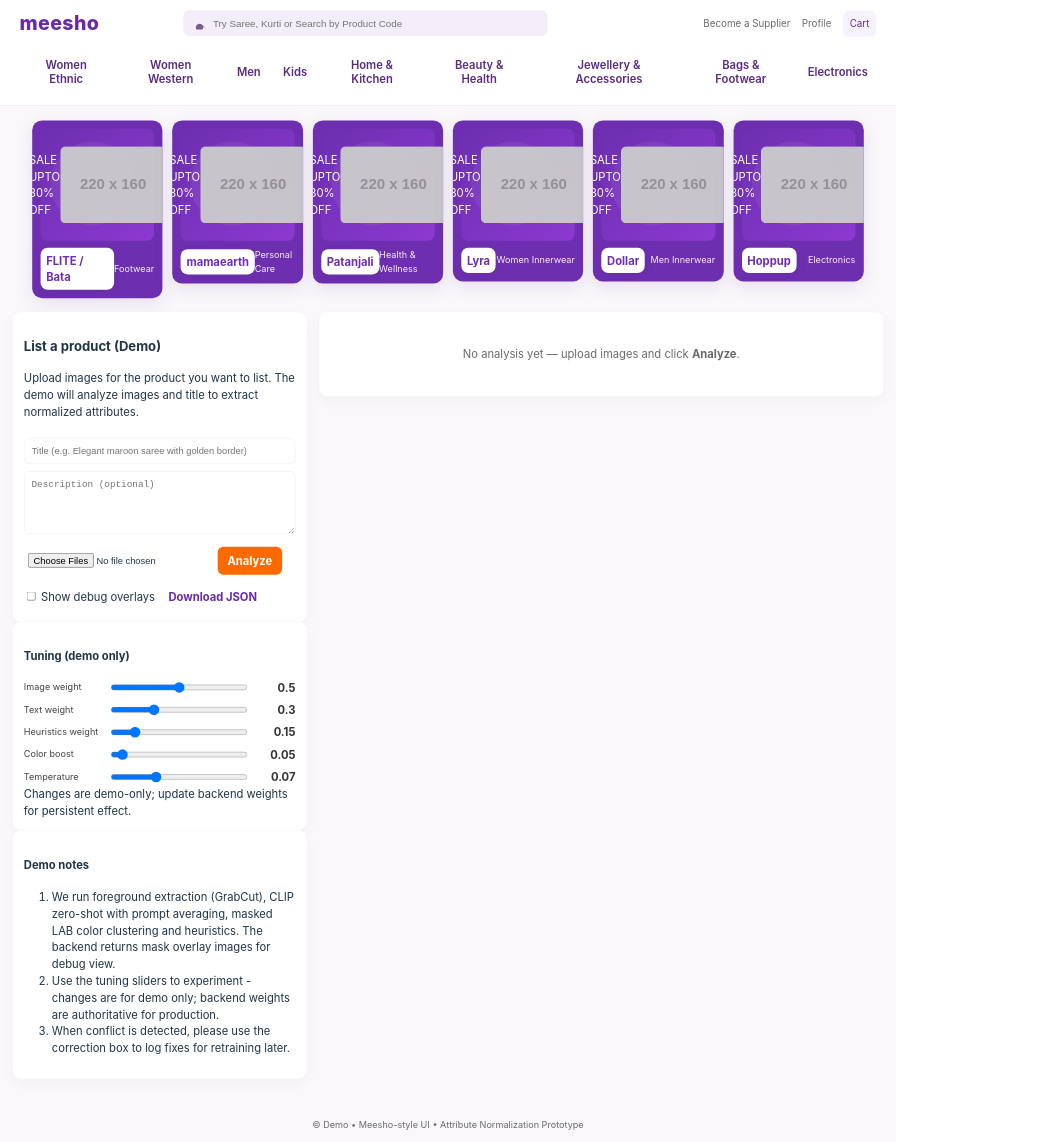
Repository: mazerunner1001/DICE-Hackathon--Semantic-Attribute-Normalization-with-Generative-AI-and-Seller-Feedback-Loops
Page: / (app in frontend/)
An editor plug-in stored every save of this project. The page is shown before and after the next save, followed by the edit.
The browser window is 1280 px wide. The page is 1280 px wide, then 1482 px, so the pictures cover 1482 px, including what lies to the right of the window. The pictures show the whole page, at 70% of full size.
The project was rebuilt for these pictures with package versions that can differ from the ones it lists, and the page was loaded fresh each time. Also part of the build but not shown: frontend/vite.config.js.

Above is the page before, as saved 2025-09-21 22:11:14.

After the next save:
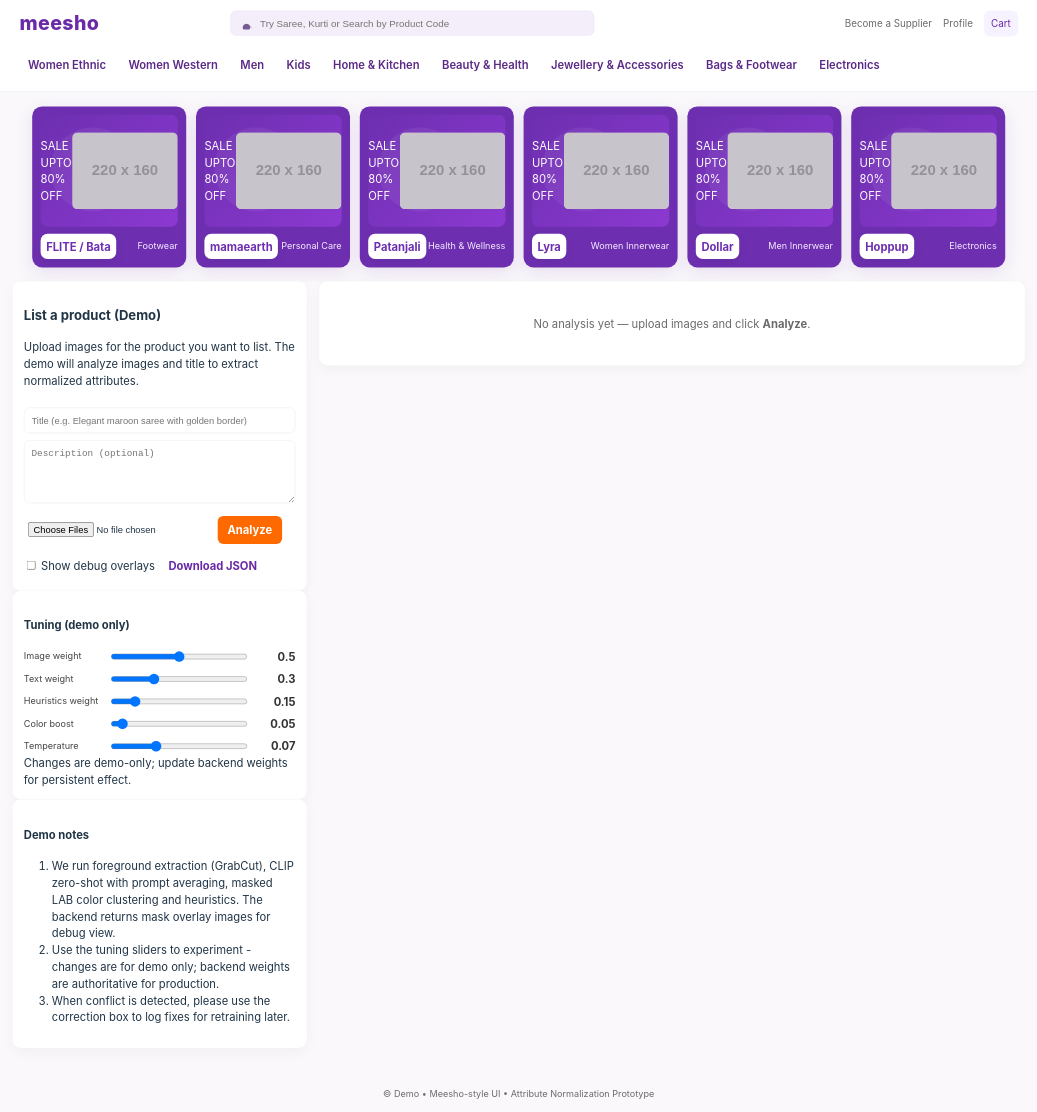
Saved 86 s later.
--- a/frontend/src/App.css
+++ b/frontend/src/App.css
@@ -3,6 +3,7 @@
 /* Basic resets */
 * { box-sizing: border-box; }
 html,body,#root { height:100%; margin:0; font-family: Inter, "Segoe UI", Roboto, Arial, sans-serif; }
+body { overflow-x: hidden; }
 .app { min-height:100vh; display:flex; flex-direction:column; background:#faf8fb; }
 
 /* Header */
@@ -31,7 +32,7 @@
 .cat-text { font-size:13px; color:#f6ecff; }
 
 /* main layout */
-.main { width:100vw; padding:0 18px 40px; }
+.main { width:100%; padding:0 18px 40px; }
 .layout { display:grid; grid-template-columns: 420px 1fr; gap:18px; align-items:start; }
 
 /* cards */
